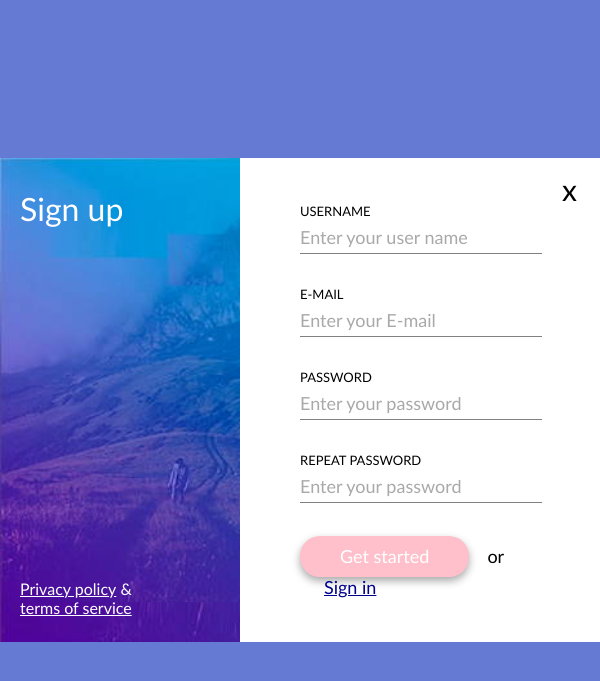
Repository: RugileG/registracijos-forma
Page: index.html
These files come from the project's save history. The page is drawn as it stood at one moment and after a run of saves; the edit follows.
The browser window is 600 px wide. The pictures show the whole page.

Above is the page before, as saved 2021-05-19 10:42:58.

### index.html
<!DOCTYPE html>
<html lang="en">
<head>
    <meta charset="UTF-8">
    <meta http-equiv="X-UA-Compatible" content="IE=edge">
    <meta name="viewport" content="width=device-width, initial-scale=1.0">
    <title>Registracija</title>
    <style>

        html {
            height: 100%;
        }

        body {
            max-width: 800px;
            min-height: 100%;
            margin: 0 auto;
            position: relative;
            background-color: #657AD3;
            font: normal normal normal 16px/19px Gill Sans MT;
        }

        .container {
            width: 100%;
            position: absolute;
            top: 50%;
            transform: translateY(-50%);
        }

        .left-column, .right-column {
            float:left;
            height: 484px;
        }

        .left-column {
            width: 40%;
            background-color: transparent;
        }

        .right-column {
            width: 60%;
            background-color: #FFFFFF ;
            position: relative;
        }

        .left-column-container {
            display: block;
            height: 424px;
            background-color: red;
            margin-top: 30px;
            background: transparent url('img/mountain.png') 0% 0% no-repeat padding-box;
            background-size: cover;
            padding-left: 40px;
            position:relative;
        }

        .right-column-container {
            padding-left: 60px;
            padding-top: 46px;
            padding-right: 60px;
            padding-bottom: 46px;
        }

        h1 {
            font: normal normal normal 32px/37px Gill Sans MT;
            color: #FFFFFF;
            margin: 0;
            padding-top: 32px;
        }

        .left-column p, .left-column a {
            display: inline-block;
            font: normal normal normal 16px/19px Gill Sans MT;
            color: #FFFFFF;
            margin: 0;
        }

        .right-column p {
            display: inline-block;
            font: normal normal normal 18px/21px Gill Sans MT;
            color: #000000;
            margin: 0;
            padding-left: 14px ;
        }

        .right-column a {
            display: inline-block;
            font: normal normal normal 18px/21px Gill Sans MT;
            color: #00008B;
            padding-left: 24px ;
            margin: 0;
        }

        .links {
            position: absolute;
            bottom: 25px;
        }

        label {
            display:block;
            font: normal normal normal 13px/15px Gill Sans MT;
            color: #000000;
            padding-bottom:12px;
        }


        .input {
            margin-bottom: 33px;
        }

        input {
            display: block;
            border: none;
            width: 100%;
            padding-left: 0;
            padding-bottom: 6px;
            border-bottom: 1px solid #808080;
        }

        input:focus {
            border: none;
            outline: none;
            border-bottom: 1px solid #808080;
        }

        ::-webkit-input-placeholder {
            font: normal normal normal 18px/21px Gill Sans MT;
            color: #A9A9A9;
        }

        .btn {
            font: normal normal normal 18px/21px Gill Sans MT;
            color: #FFFFFF;
            background-color: #FFC0CB;
            border-radius: 20px;
            padding-left: 40px;
            padding-right:40px;
            padding-top: 10px;
            padding-bottom: 10px;
            border: none;
            box-shadow: 0 4px 8px darkgray;
        }

        .btn:hover {
            cursor:pointer;
            box-shadow: 0 4px 8px grey;
        }

        .close {
            font: normal normal normal 30px/35px Gill Sans MT;
            color: #000000;
            position:absolute;
            top: 14px;
            right: 23px;
        }

        .close:hover {
            color:#00008B;
        }

        @media screen and (max-width: 664px) {
            .left-column-container {
                height: 100%;
                padding-left: 20px;
                margin-top: 0;
            }

            .right-column-container
        }

    </style>
</head>
<body>
    <div class='container'>
        <div class='left-column'>
            <div class='left-column-container'>
                <h1>Sign up</h1>

                <div class='links'>
                    <a href='#'>Privacy policy</a>
                    <p>&</p>
                    <a href='#'>terms of service</a>
                </div>
            </div>
        </div>
        <div class='right-column'>
            <div class='right-column-container'>
                <span class='close'>x</span>
                <div class='input'>
                    <label for='username'>USERNAME</label>
                    <input placeholder='Enter your user name' type='text' id='username' name='username' />
                </div>
                <div class='input'>
                    <label for='email'>E-MAIL</label>
                    <input placeholder='Enter your E-mail' type='text' id='email' name='email' />
                </div>
                <div class='input'>
                    <label for='password'>PASSWORD</label>
                    <input placeholder='Enter your password' type='text' id='password' name='password' />
                </div>
                <div class='input'>
                    <label for='repeat_password'>REPEAT PASSWORD</label>
                    <input placeholder='Enter your password' type='text' id='repeat_password' name='repeat_password' />
                </div>

                <div class='right-column-bottom-action'>
                    <button class='btn'>Get started</button>
                    <p>or</p>
                    <a href='#'>Sign in</a>
                </div>
            </div>
        </div>
    </div>
</body>
</html>

After the next 4 saves:
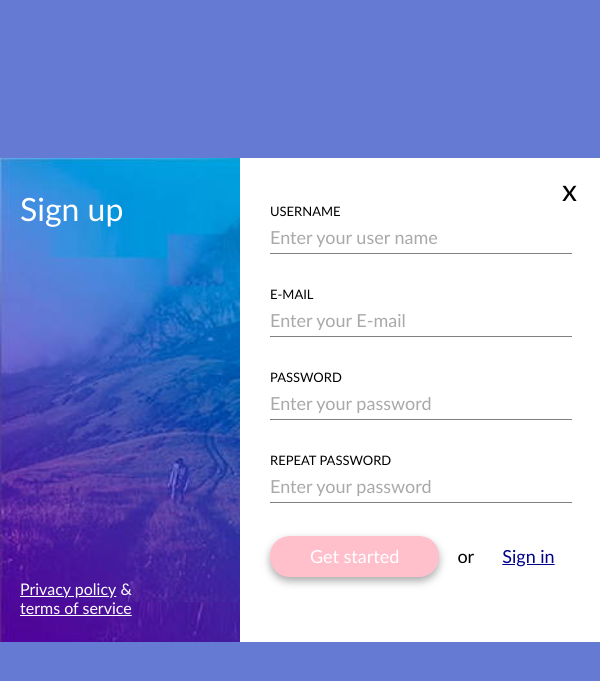
The 4 saves are shown as one change because they came seconds apart.
The last was saved 16 s later.
--- a/index.html
+++ b/index.html
@@ -165,7 +165,10 @@
                 margin-top: 0;
             }
 
-            .right-column-container
+            .right-column-container {
+                padding-left: 30px;
+                padding-right: 30px;
+            }
         }
 
     </style>
